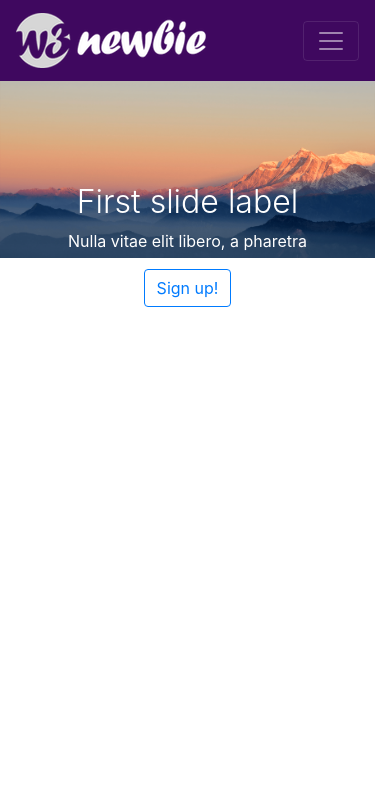
Repository: Mietlicha/bootstrap-project
Page: Bootstrap Website Files/index.html
These files come from the project's save history. The page is drawn as it stood at one moment and after the next save; the edit follows.
The browser window is 375 px wide. The pictures show the whole page.

Above is the page before, as saved 2019-10-28 22:15:08.

### Bootstrap Website Files/index.html
<!DOCTYPE html>
<html lang="en">

<head>
  <title>Bootstrap Website Tutorial</title>
  <meta charset="utf-8">
  <meta name="viewport" content="width=device-width, initial-scale=1">
  <link rel="stylesheet" href="https://stackpath.bootstrapcdn.com/bootstrap/4.3.1/css/bootstrap.min.css"
    integrity="sha384-ggOyR0iXCbMQv3Xipma34MD+dH/1fQ784/j6cY/iJTQUOhcWr7x9JvoRxT2MZw1T" crossorigin="anonymous">
  <link rel="stylesheet" href="https://cdnjs.cloudflare.com/ajax/libs/font-awesome/4.7.0/css/font-awesome.min.css">
  <link rel="stylesheet" href="..//style.css">
</head>

<body>
  <!--Navbar-->
  <nav class="navbar navbar-expand-md navbar-dark bg-violet">
    <a class="navbar-brand" href="#"><img src="img/w3newbie.png" alt="logo"></a>
    <button class="navbar-toggler" type="button" data-toggle="collapse" data-target="#navbarSupportedContent"
      aria-controls="navbarSupportedContent" aria-expanded="false" aria-label="Toggle navigation">
      <span class="navbar-toggler-icon"></span>
    </button>

    <div class="collapse navbar-collapse" id="navbarSupportedContent">
      <ul class="navbar-nav ml-auto">
        <li class="nav-item active">
          <a class="nav-link" href="#">Home <span class="sr-only">(current)</span></a>
        </li>
        <li class="nav-item">
          <a class="nav-link" href="#">Link</a>
        </li>
        <li class="nav-item">
          <a class="nav-link" href="#">About</a>
        </li>
        <li class="nav-item">
          <a class="nav-link" href="#">Contact</a>
        </li>
        <li class="nav-item">
          <a class="nav-link" href="#">Link</a>
        </li>
      </ul>
    </div>
  </nav>

   <!--Slider-->
   <div id="carouselExampleIndicators" class="carousel slide" data-interval="false" data-ride="carousel">
      <ol class="carousel-indicators">
        <li data-target="#carouselExampleIndicators" data-slide-to="0" class="active"></li>
        <li data-target="#carouselExampleIndicators" data-slide-to="1"></li>
        <li data-target="#carouselExampleIndicators" data-slide-to="2"></li>
      </ol>
      <div class="carousel-inner">
        <div class="carousel-item active">
          <img src="img/mountains.png" class="d-block w-100 position-carusel-caption" alt="mountains">
          <div class="carousel-caption">
              <h1 class="display-4">First slide label</h1>
              <p>Nulla vitae elit libero, a pharetra</p>
              <button type="button" class="btn btn-outline-primary mb-5">Sign up!</button>
          </div>
        </div>
        <div class="carousel-item">
          <img src="img/red.png" class="d-block w-100" alt="dusk at mountains">
        </div>
        <div class="carousel-item">
          <img src="img/snow.png" class="d-block w-100" alt="snowy mountains">
        </div>
      </div>
      <a class="carousel-control-prev" href="#carouselExampleIndicators" role="button" data-slide="prev">
        <span class="carousel-control-prev-icon" aria-hidden="true"></span>
        <span class="sr-only">Previous</span>
      </a>
      <a class="carousel-control-next" href="#carouselExampleIndicators" role="button" data-slide="next">
        <span class="carousel-control-next-icon" aria-hidden="true"></span>
        <span class="sr-only">Next</span>
      </a>
    </div>

  <script src="https://code.jquery.com/jquery-3.3.1.slim.min.js"
    integrity="sha384-q8i/X+965DzO0rT7abK41JStQIAqVgRVzpbzo5smXKp4YfRvH+8abtTE1Pi6jizo"
    crossorigin="anonymous"></script>
  <script src="https://cdnjs.cloudflare.com/ajax/libs/popper.js/1.14.7/umd/popper.min.js"
    integrity="sha384-UO2eT0CpHqdSJQ6hJty5KVphtPhzWj9WO1clHTMGa3JDZwrnQq4sF86dIHNDz0W1"
    crossorigin="anonymous"></script>
  <script src="https://stackpath.bootstrapcdn.com/bootstrap/4.3.1/js/bootstrap.min.js"
    integrity="sha384-JjSmVgyd0p3pXB1rRibZUAYoIIy6OrQ6VrjIEaFf/nJGzIxFDsf4x0xIM+B07jRM"
    crossorigin="anonymous"></script>
</body>

</html>

### style.css
*{
    box-sizing: border-box;
}

body{
    margin: 0;
    padding: 0;
}

/*Navbar*/
.bg-violet{
    background-color: rgb(63, 8, 95);
}

.nav-item{
    padding: 0 1.5rem;
    font-size: 1.3rem;
}

.navbar-dark .navbar-nav .nav-link:hover {
    color: rgb(255,255,255);
}

/*Slider*/

.carousel-item{
    width: 100%;
    height: 90vh;
}
.carousel-indicators > li {
    width: 10px;
    height: 10px;
    border-radius: 50%;
  }

  .position-carusel-caption{
    position: relative;
  }

.carousel-caption{
    position: absolute;
    /* top: 50%;
    left: 50%;
    background-color: #fff; */
    top: 50%;
    transform: translateY(-50%);
    /* bottom: initial; */
}

@media(max-width:768px){
    .carousel-caption{
        top: 40%;
        transform: translateY(-50%);
    }

    .carousel-caption h1{
        font-size: 2rem;
    }
}

After the next save:
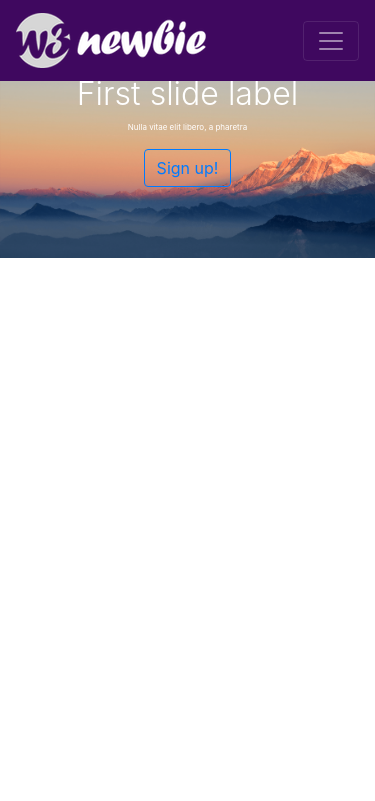
Saved 60 s later.
--- a/style.css
+++ b/style.css
@@ -57,3 +57,14 @@
         font-size: 2rem;
     }
 }
+
+@media(max-width:500px){
+    .carousel-caption{
+        top: 30%;
+        transform: translateY(-50%);
+    }
+
+    .carousel-caption p{
+        font-size: 0.5rem;
+    }
+}
